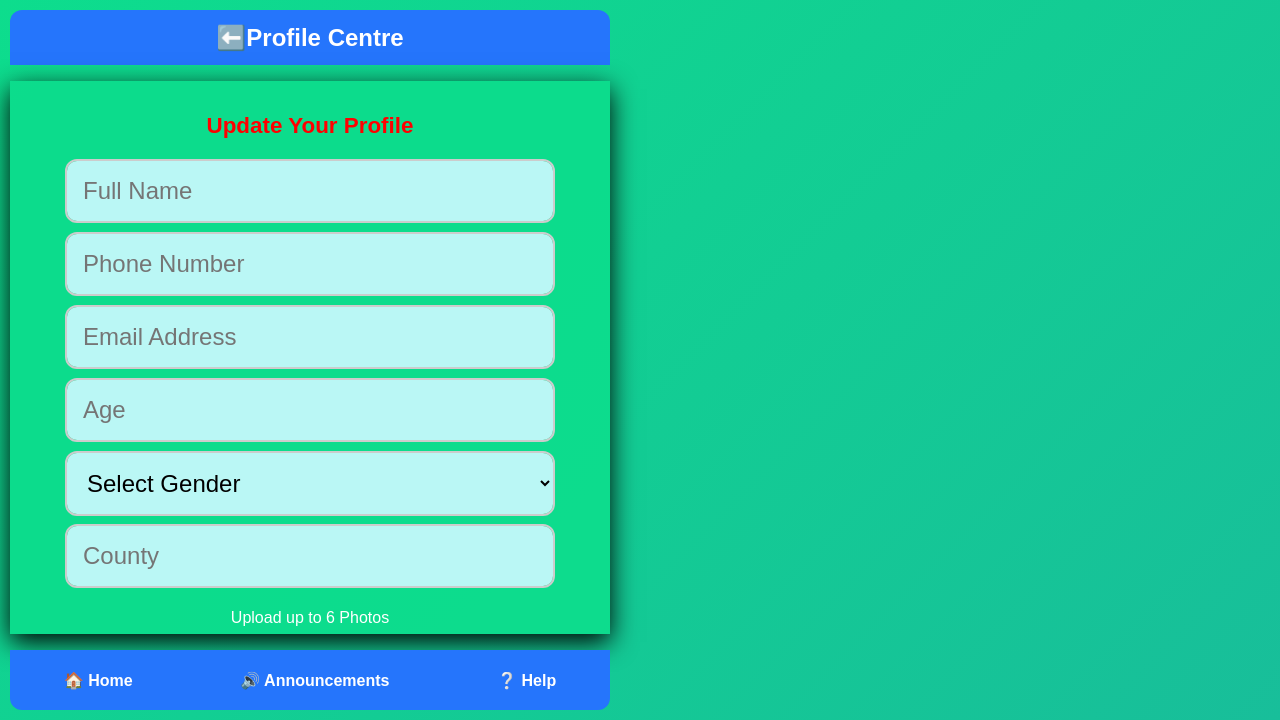
Repository: Amani-Kibet/express-app-web
Page: pages/profileCentre.html
The author's editor kept a copy of each file at every save. The page is drawn from the files as they stood at one save, then again after the next save.
The browser window is 1280 px wide. The pictures show the whole page.
An inner scrolling area shows only its first screen.

Above is the page before, as saved 2025-10-08 12:43:45.

After the next save:
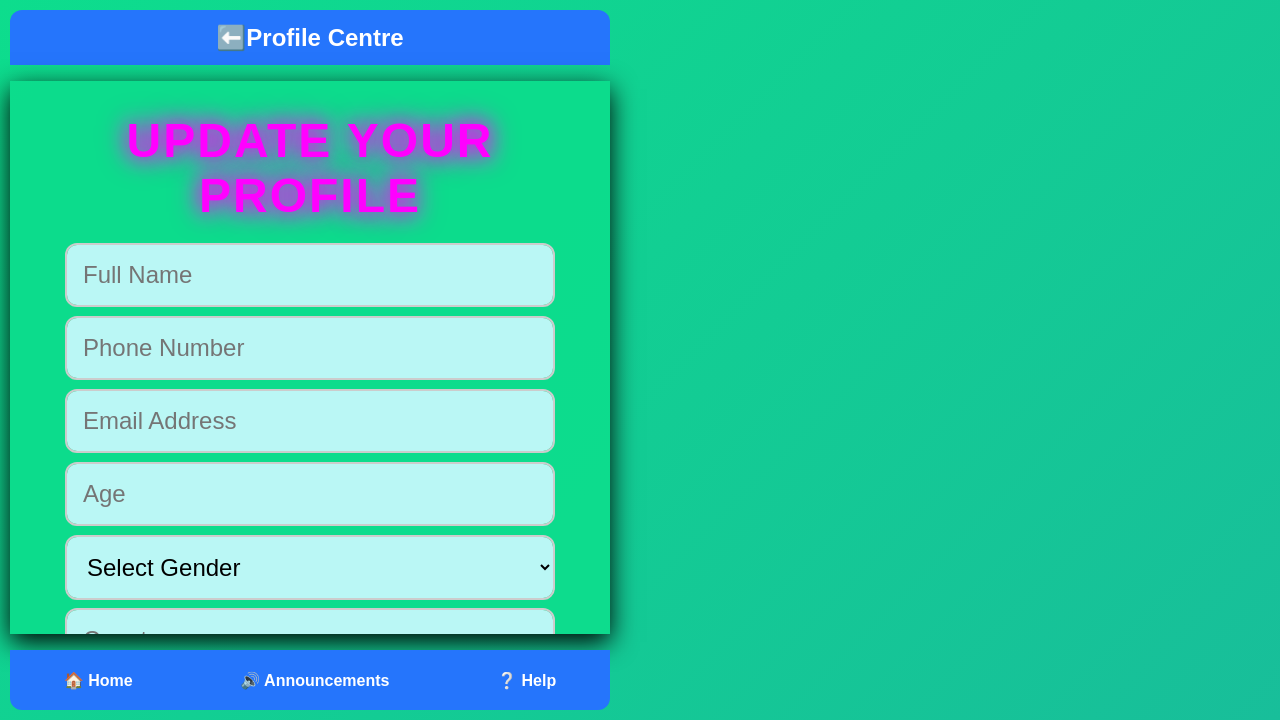
Saved 3 min 10 s later.
--- a/pages/profileCentre.html
+++ b/pages/profileCentre.html
@@ -63,11 +63,23 @@ form {
   align-items: center;
 }
 
+/* ===== Cool Glowing H2 ===== */
 h2 {
-  color: red;
-  font-size: clamp(2rem, 6vw, 4rem);
+  font-size: clamp(2rem, 6vw, 3rem);
+  color: #00f6ff;
+  text-align: center;
   margin-bottom: 1rem;
-  text-align: center;
+  font-weight: 900;
+  letter-spacing: 2px;
+  text-transform: uppercase;
+  text-shadow: 0 0 5px #00f6ff, 0 0 10px #00f6ff, 0 0 20px #00f6ff, 0 0 40px #0ff, 0 0 80px #0ff;
+  animation: glowPulse 2s infinite alternate;
+}
+
+@keyframes glowPulse {
+  0% { color: #00f6ff; text-shadow: 0 0 5px #00f6ff; }
+  50% { color: #ff00ff; text-shadow: 0 0 20px #ff00ff, 0 0 30px #ff00ff; }
+  100% { color: #00ff88; text-shadow: 0 0 10px #00ff88, 0 0 20px #00ff88; }
 }
 
 /* ===== Inputs ===== */
@@ -105,21 +117,7 @@ h2 {
 
 #submit:hover {
   background: linear-gradient(90deg, #09319e, #5abfee);
-  transform: scale(0.9);
-}
-
-/* ===== Links ===== */
-.links {
-  margin-top: 2rem;
-  font-weight: 800;
-  font-size: clamp(1rem, 3vw, 1.2rem);
-  color: rgba(206, 12, 245, 1);
-  text-decoration: none;
-  transition: 0.3s;
-}
-
-.links:hover {
-  color: yellow;
+  transform: scale(0.95);
 }
 
 /* ===== Bottom Bar ===== */
@@ -176,7 +174,7 @@ h2 {
 
 <!-- Form Board -->
 <div id="board">
-  <h2 style="font-size: 1.4rem">Update Your Profile</h2>
+  <h2>Update Your Profile</h2>
   <form id="profileForm" enctype="multipart/form-data">
     <input type="text" name="name" placeholder="Full Name" class="inputs" required>
     <input type="tel" name="phone" placeholder="Phone Number" class="inputs" required>
@@ -190,6 +188,10 @@ h2 {
     </select>
     <input type="text" name="county" placeholder="County" class="inputs" required>
 
+    <!-- New Password Fields -->
+    <input type="password" name="password" placeholder="New Password" class="inputs" id="password">
+    <input type="password" name="confirmPassword" placeholder="Confirm Password" class="inputs" id="confirmPassword">
+
     <label style="color:#fff; margin-top:1rem;">Upload up to 6 Photos</label>
     <div class="file-inputs">
       <input type="file" name="photos" accept="image/*">
@@ -215,6 +217,15 @@ h2 {
 const form = document.getElementById('profileForm');
 form.addEventListener('submit', async (e) => {
   e.preventDefault();
+
+  const password = document.getElementById('password').value;
+  const confirmPassword = document.getElementById('confirmPassword').value;
+
+  if(password && password !== confirmPassword){
+    alert("Passwords do not match!");
+    return;
+  }
+
   const formData = new FormData(form);
   try {
     const res = await fetch('/update-profile', {
@@ -222,7 +233,7 @@ form.addEventListener('submit', async (e) => {
       body: formData
     });
     const data = await res.json();
-    alert(data.message);
+    alert(data.message || "Profile updated successfully!");
   } catch (err) {
     console.error(err);
     alert("Upload failed. Try again!");
